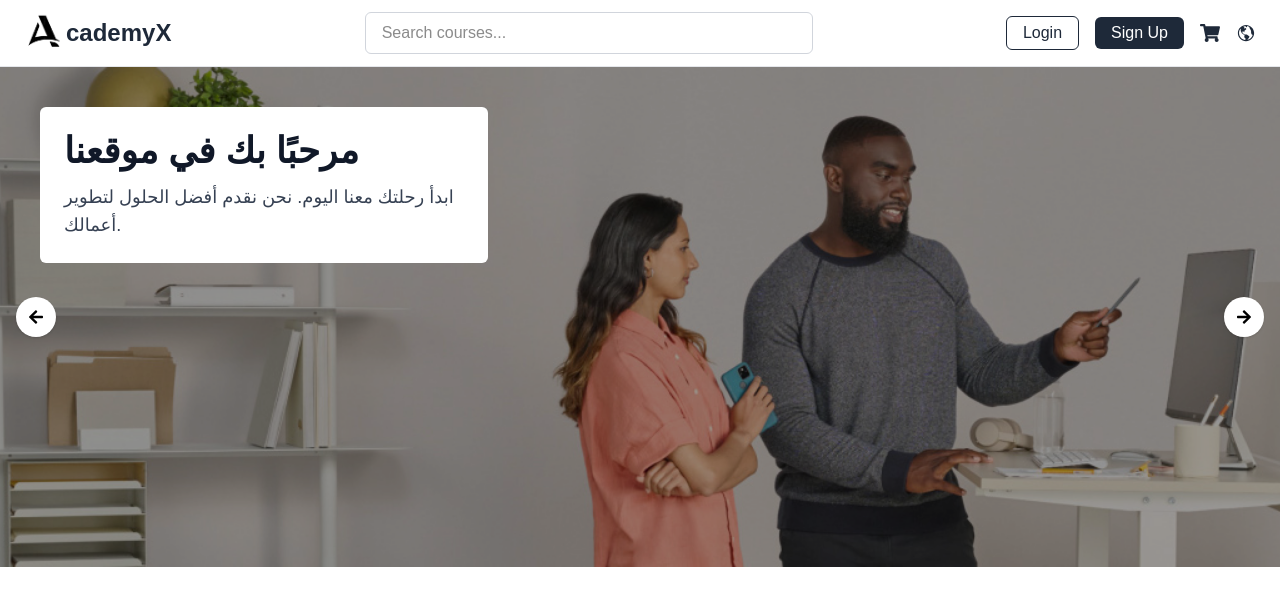
Repository: MohamedSalah54/full-stack-e-learning
Page: / (app in frontend/)
An editor plug-in stored every save of this project. The page is shown before and after the next save, followed by the edit.
The browser window is 1280 px wide. The pictures show the whole page.
The project was rebuilt for these pictures with package versions that can differ from the ones it lists, and the page was loaded fresh each time. The framework's server and built-in components were replaced by stand-ins that run in the browser. Also part of the build but not shown: frontend/next.config.ts.

Above is the page before, as saved 2025-06-15 13:05:21.

### frontend/src/app/layout.tsx
import type { Metadata } from "next";
import { Geist, Geist_Mono } from "next/font/google";
import "./globals.css";
import { Providers } from "@/app/providers";
import Navbar from "@/components/Navbar";

const geistSans = Geist({
  variable: "--font-geist-sans",
  subsets: ["latin"],
});

const geistMono = Geist_Mono({
  variable: "--font-geist-mono",
  subsets: ["latin"],
});

export const metadata: Metadata = {
  title: "Create Next App",
  description: "Generated by create next app",
};

export default function RootLayout({
  children,
}: Readonly<{
  children: React.ReactNode;
}>) {
  return (
    <html lang="en">
      <body
        className={`${geistSans.variable} ${geistMono.variable} antialiased`}
      >
        <Navbar/>
        <Providers>{children}</Providers>

      </body>
    </html>
  );
}

### frontend/src/app/page.tsx
import HeroBannerSlider from "@/components/home/HeroBannerSlider"

const Home = () => {
  return (
    <main className="flex flex-col items-center justify-center">
        <HeroBannerSlider/>
    </main>
  )
}

export default Home

### frontend/src/app/providers.jsx
'use client';

import { Provider } from 'react-redux';
import { store } from '@/redux/store/store';
export function Providers({ children }) {
  return <Provider store={store}>{children}</Provider>;
}

### frontend/src/components/Navbar.tsx
'use client';
import { FaShoppingCart } from 'react-icons/fa';
import { IoMdGlobe } from 'react-icons/io';
import { useRouter } from 'next/navigation';

export default function Navbar() {
  const router = useRouter();
  return (
    <nav className="bg-white shadow-sm border-b border-gray-200 py-3 px-6">
      <div className="max-w-7xl mx-auto flex items-center justify-between">
        {/* Left - Logo */}
        <div className="flex items-center cursor-pointer" onClick={()=> router.push('/')}>
          <div className="relative h-10 w-10 mr-[-2px] " >
            <img
              src="/logo.png"
              alt="Logo"
              className="h-full w-full object-contain block"
            />
          </div>
          <span className="text-2xl font-bold text-gray-800 leading-none ml-1">
            cademyX
          </span>
        </div>

        {/* Middle - Search */}
        <div className="flex-1 max-w-md mx-4">
          <input
            type="text"
            placeholder="Search courses..."
            className="w-full border border-gray-300 rounded-md px-4 py-2 focus:outline-none focus:ring-1 focus:ring-gray-800"
          />
        </div>

        {/* Right - Buttons */}
        <div className="flex items-center space-x-4">
          <button className="px-4 py-1 border border-gray-800 text-gray-800 rounded-md hover:bg-gray-100 transition cursor-pointer" onClick={()=>router.push('/auth/login')}>
            Login
          </button>
          <button className="px-4 py-1 bg-gray-800 text-white rounded-md hover:bg-gray-700 transition cursor-pointer" onClick={()=>router.push('/auth/register')} >
            Sign Up
          </button>
          <FaShoppingCart className="text-gray-800 text-xl cursor-pointer hover:scale-110 transition " />
          <IoMdGlobe className="text-gray-800 text-xl cursor-pointer hover:scale-110 transition " />
        </div>
      </div>
    </nav>
  );
}

### frontend/src/components/home/HeroBannerSlider.tsx
// components/hero/HeroBannerSlider.tsx
"use client";

import React, { useState } from "react";
import { FaArrowLeft, FaArrowRight } from "react-icons/fa";

const slides = [
  {
    image: "/banner1.jpg",
    title: "مرحبًا بك في موقعنا",
    description: "ابدأ رحلتك معنا اليوم. نحن نقدم أفضل الحلول لتطوير أعمالك.",
  },
  {
    image: "/banner2.jpg",
    title: "حلول رقمية متكاملة",
    description: "نساعدك في بناء مستقبل رقمي قوي واحترافي.",
  },
];

const HeroBannerSlider = () => {
  const [current, setCurrent] = useState(0);

  const nextSlide = () => {
    setCurrent((prev) => (prev + 1) % slides.length);
  };

  const prevSlide = () => {
    setCurrent((prev) => (prev - 1 + slides.length) % slides.length);
  };

  return (
    <section className="w-full h-[500px] relative overflow-hidden">
      {/* Image */}
      <img
        src={slides[current].image}
        alt="Hero"
        className="w-full h-full object-cover transition-all duration-700"
      />

      {/* Overlay with text */}
      <div className="absolute inset-0 bg-black/40 flex items-start justify-start p-10">
        <div className="bg-white bg-opacity-90 p-6 rounded-md max-w-md">
          <h1 className="text-3xl lg:text-4xl font-bold text-gray-900 mb-3">
            {slides[current].title}
          </h1>
          <p className="text-gray-700 text-lg">{slides[current].description}</p>
        </div>
      </div>

      {/* Arrows */}
      <button
        onClick={prevSlide}
        className="absolute top-1/2 left-4 transform -translate-y-1/2 bg-white text-black p-3 rounded-full shadow hover:bg-gray-200 z-10"
      >
        <FaArrowLeft />
      </button>
      <button
        onClick={nextSlide}
        className="absolute top-1/2 right-4 transform -translate-y-1/2 bg-white text-black p-3 rounded-full shadow hover:bg-gray-200 z-10"
      >
        <FaArrowRight />
      </button>
    </section>
  );
};

export default HeroBannerSlider;

Loaded but not shown: frontend/src/app/globals.css (common file); frontend/src/redux/store/store.ts (common file)

After the next save:
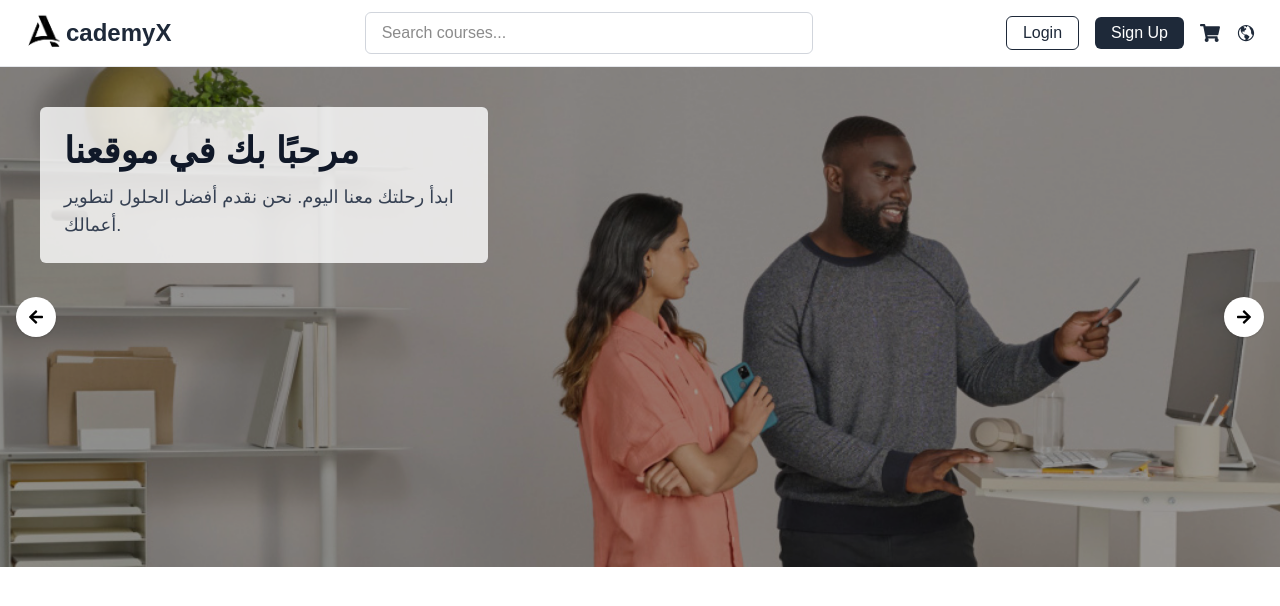
Saved 65 s later.
--- a/frontend/src/components/home/HeroBannerSlider.tsx
+++ b/frontend/src/components/home/HeroBannerSlider.tsx
@@ -39,7 +39,7 @@
 
       {/* Overlay with text */}
       <div className="absolute inset-0 bg-black/40 flex items-start justify-start p-10">
-        <div className="bg-white bg-opacity-90 p-6 rounded-md max-w-md">
+<div className="bg-white/80 p-6 rounded-md max-w-md">
           <h1 className="text-3xl lg:text-4xl font-bold text-gray-900 mb-3">
             {slides[current].title}
           </h1>

After the save that followed:
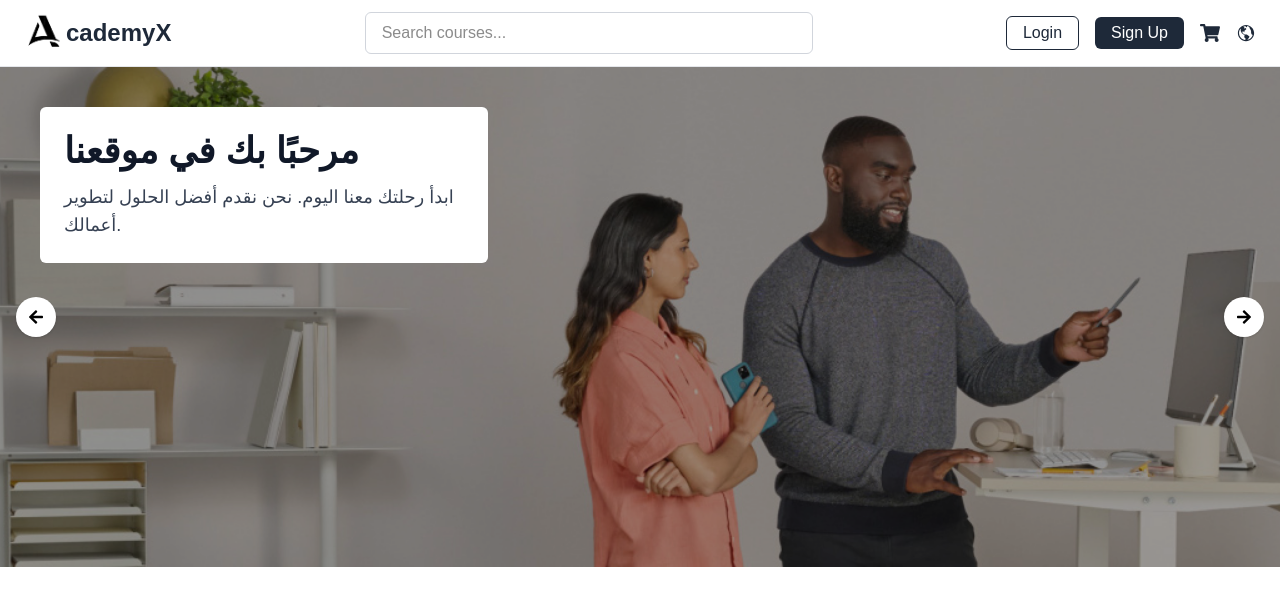
Saved 15 s later.
--- a/frontend/src/components/home/HeroBannerSlider.tsx
+++ b/frontend/src/components/home/HeroBannerSlider.tsx
@@ -39,7 +39,7 @@
 
       {/* Overlay with text */}
       <div className="absolute inset-0 bg-black/40 flex items-start justify-start p-10">
-<div className="bg-white/80 p-6 rounded-md max-w-md">
+<div className="bg-white p-6 rounded-md max-w-md">
           <h1 className="text-3xl lg:text-4xl font-bold text-gray-900 mb-3">
             {slides[current].title}
           </h1>
